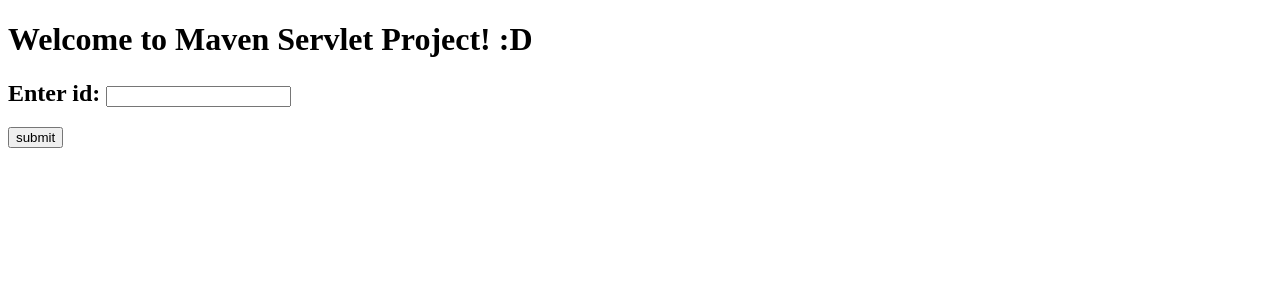
Repository: TheSonett/Java
Page: http://localhost/MavenServletProject/
The author's editor kept a copy of each file at every save. The page is drawn from the files as they stood at one save, then again after the next save.
The browser window is 1280 px wide. The pictures show the whole page.
The page is served by Tomcat 9. Other server files are loaded and not shown.

Above is the page before, as saved 2023-08-01 09:56:34.

### Java Servlet/MavenServletProject/src/main/webapp/index.jsp
<%@page language="java" contentType="text/html; charset=ISO-8859-1" pageEncoding="ISO-8859-1"%>
<!DOCTYPE html>
<html>
<head>
<meta charset="ISO-8859-1">
<title>Insert title here</title>
</head>
<body>
	<h1>Welcome to Maven Servlet Project! :D</h1>
	<form action="">
		<h2>Enter id: <input type="text" name="id"></h2>
		<input type="submit" value="submit">
	</form>
</body>
</html>

After the next save:
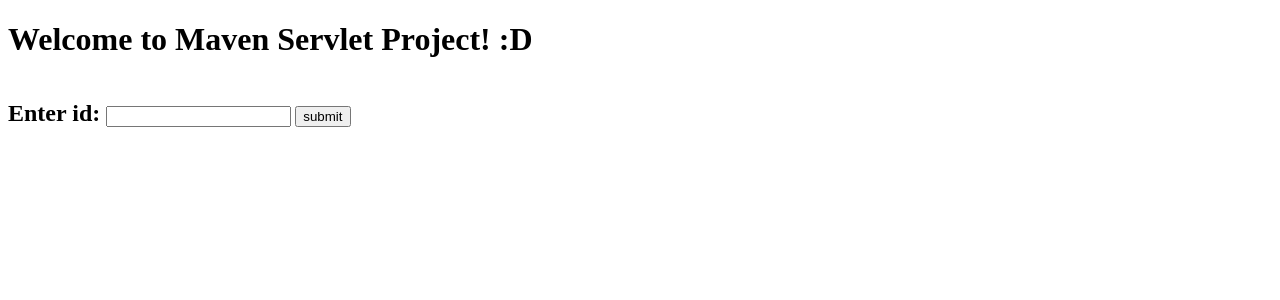
Saved 30 s later.
--- a/Java Servlet/MavenServletProject/src/main/webapp/index.jsp
+++ b/Java Servlet/MavenServletProject/src/main/webapp/index.jsp
@@ -8,7 +8,7 @@
 <body>
 	<h1>Welcome to Maven Servlet Project! :D</h1>
 	<form action="">
-		<h2>Enter id: <input type="text" name="id"></h2>
+		<h2 style="display: inline-block">Enter id: <input type="text" name="id"></h2>
 		<input type="submit" value="submit">
 	</form>
 </body>
